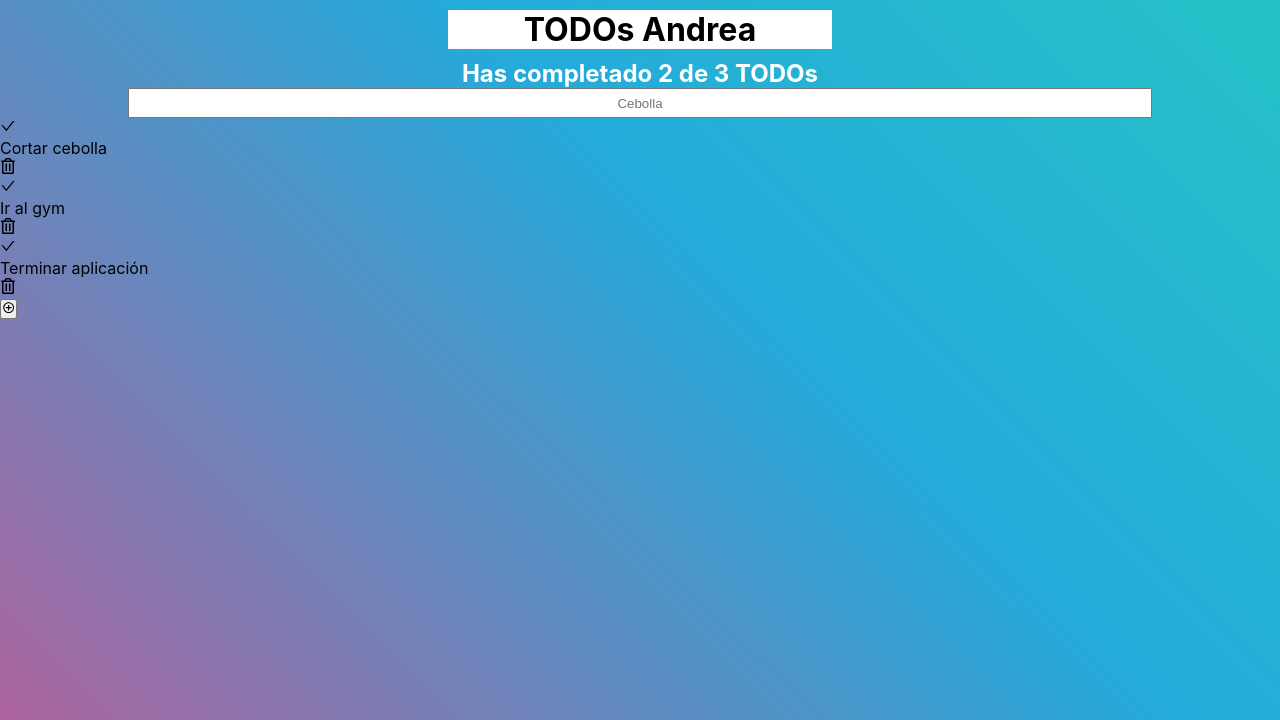
Repository: Pandrea-hub/TODOs
Page: /
These files come from the project's save history. The page is drawn as it stood at one moment and after the next save; the edit follows.
The browser window is 1280 px wide. The pictures show the whole page.
The project was rebuilt for these pictures with package versions that can differ from the ones it lists, and the page was loaded fresh each time. Also part of the build but not shown: src/TodoItem.css.

Above is the page before, as saved 2022-06-07 09:30:05.

### src/index.js
import React from 'react';
import ReactDOM from 'react-dom/client';
import './index.css';
import App from './App';


const root = ReactDOM.createRoot(document.getElementById('root'));
root.render(
  <App/>
);

### src/index.css
body {
  margin: 0;
  font-family: -apple-system, BlinkMacSystemFont, 'Segoe UI', 'Roboto', 'Oxygen',
    'Ubuntu', 'Cantarell', 'Fira Sans', 'Droid Sans', 'Helvetica Neue',
    sans-serif;
  -webkit-font-smoothing: antialiased;
  -moz-osx-font-smoothing: grayscale;
}

code {
  font-family: source-code-pro, Menlo, Monaco, Consolas, 'Courier New',
    monospace;
}

#root{
  width: 100%;
  height: 100%;
  position: absolute;
  background: linear-gradient(45deg,#F17C58, #E94584, #24AADB , #27DBB1,#FFDC18, #FF3706);
  background-size: 600% 100%;
  animation: gradient 16s linear infinite;
  animation-direction: alternate;
}

@keyframes gradient {
  0% {background-position: 0%}
  100% {background-position: 100%}
}

### src/App.js
import './App.css';
import React from 'react';
import { TodoCounter } from './TodoCounter';
import { TodoItem } from './TodoItem';
import { CreateTodoButton } from './CreateTodoButton';
import { TodoList } from './TodoList';
import { TodoSearch } from './TodoSearch';


const todos = [
  {text: 'Cortar cebolla',completed: false},
  {text: 'Ir al gym',completed: false},
  {text: 'Terminar aplicación',completed: false},
]


function App() {
  return (
    <React.Fragment>
      <TodoCounter />
      <TodoSearch />


      <TodoList>
        {todos.map(todo =>(
          <TodoItem key={todo.text} text={todo.text} completed={todo.completed}/>
        ))}
      </TodoList>
      <CreateTodoButton />
    </React.Fragment>

  );
}

export default App;

### src/App.css
*{
  margin: 0;
  padding: 0;
  box-sizing: border-box;
}

.App {
  text-align: center;
}


.App-logo {
  height: 40vmin;
  pointer-events: none;
}

@media (prefers-reduced-motion: no-preference) {
  .App-logo {
    animation: App-logo-spin infinite 20s linear;
  }
}

.App-header {
  background-color: #282c34;
  min-height: 100vh;
  display: flex;
  flex-direction: column;
  align-items: center;
  justify-content: center;
  font-size: calc(10px + 2vmin);
  color: white;
}

.App-link {
  color: #61dafb;
}

@keyframes App-logo-spin {
  from {
    transform: rotate(0deg);
  }
  to {
    transform: rotate(360deg);
  }
}

### src/TodoCounter.js
import React from 'react';
import './TodoCounter.css';

function TodoCounter(){
    return (
        <div className='title'>
            <h1>TODOs Andrea</h1>
            <h2 className='TodoCounter'>Has completado 2 de 3 TODOs</h2>
        </div>
    );
}

export { TodoCounter };

### src/TodoItem.js
import React from 'react';
import './TodoItem.css';
import {AiOutlineCheck} from 'react-icons/ai';
import {FaRegTrashAlt} from 'react-icons/fa';

function TodoItem(props){
    return (
        <li className='TodoItem'>
            <span className={`Icon Icon-check ${props.completed && 'Icon-check--activate' }`}>
                <AiOutlineCheck />
            </span>
            <p className={`TodoItem-p ${props.completed && 'TodoItem-p--complete'}`}>
                {props.text}
            </p>
            <span className='Icon Icon-delete'>
               <FaRegTrashAlt />
            </span>
        </li>
    );

}

export {TodoItem};

### src/CreateTodoButton.js
import React from 'react';
import {IoMdAddCircleOutline} from 'react-icons/io';

function CreateTodoButton(props){
    return(
        <button>
            <IoMdAddCircleOutline />
        </button>
    );
}

export {CreateTodoButton};

### src/TodoList.js
import React from "react";


function TodoList(props){
    return(
        <section>
            <ul>
                {props.children}
            </ul>
        </section>

    );
}


export {TodoList};

### src/TodoSearch.js
import React from 'react';
import './TodoSearch.css';

function TodoSearch(){
    return(
        <input placeholder="Cebolla" />
    );
}

export { TodoSearch};

### src/TodoCounter.css
.title{
    text-align: center;
    color:white;
}

.title h1{
    color:black;
    background-color:white;
    width: 30%;
    margin: 10px auto;
}

@media screen and (max-width:800px) {
    .title h1{
        width: 50%;
    }
}

### src/TodoSearch.css
input {
    outline: none;
    width: 80%;
    height: 30px;
    margin: 0 10%;
    text-align: center;
}

Loaded but not shown: public/index.html (common file)

After the next save:
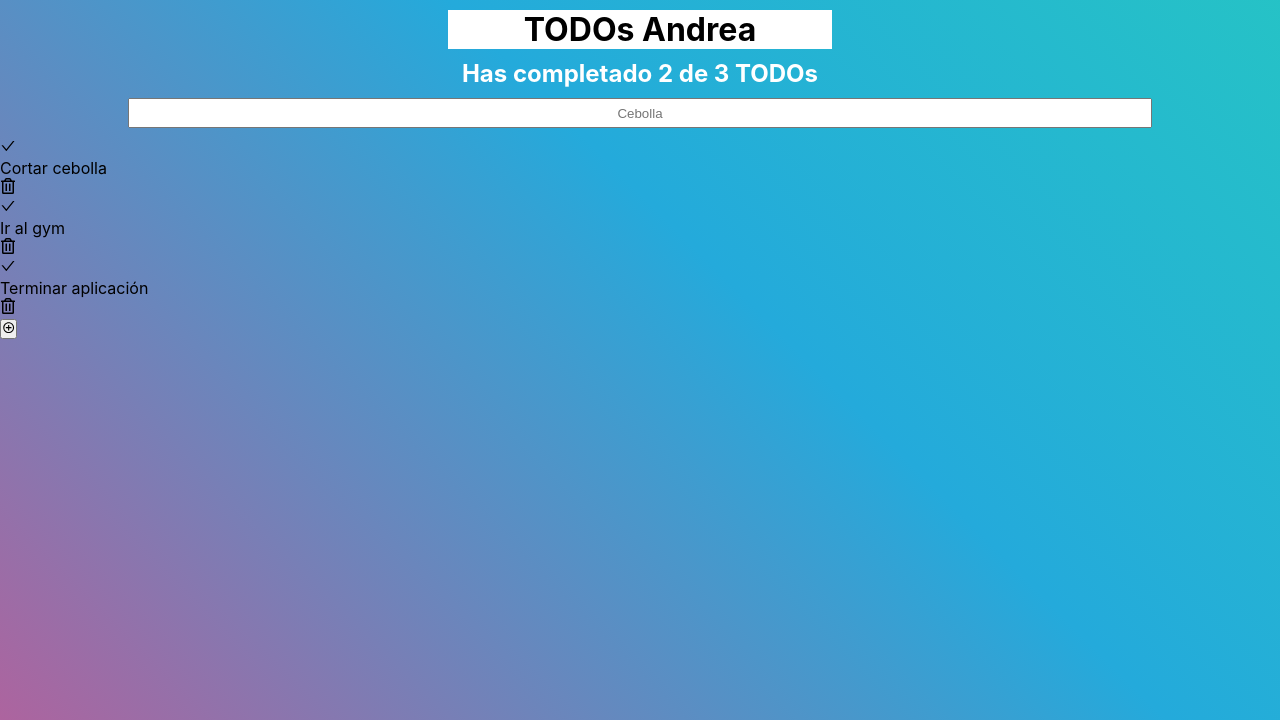
Saved 23 s later.
--- a/src/TodoSearch.css
+++ b/src/TodoSearch.css
@@ -2,6 +2,6 @@ input {
     outline: none;
     width: 80%;
     height: 30px;
-    margin: 0 10%;
+    margin: 10px 10%;
     text-align: center;
 }
